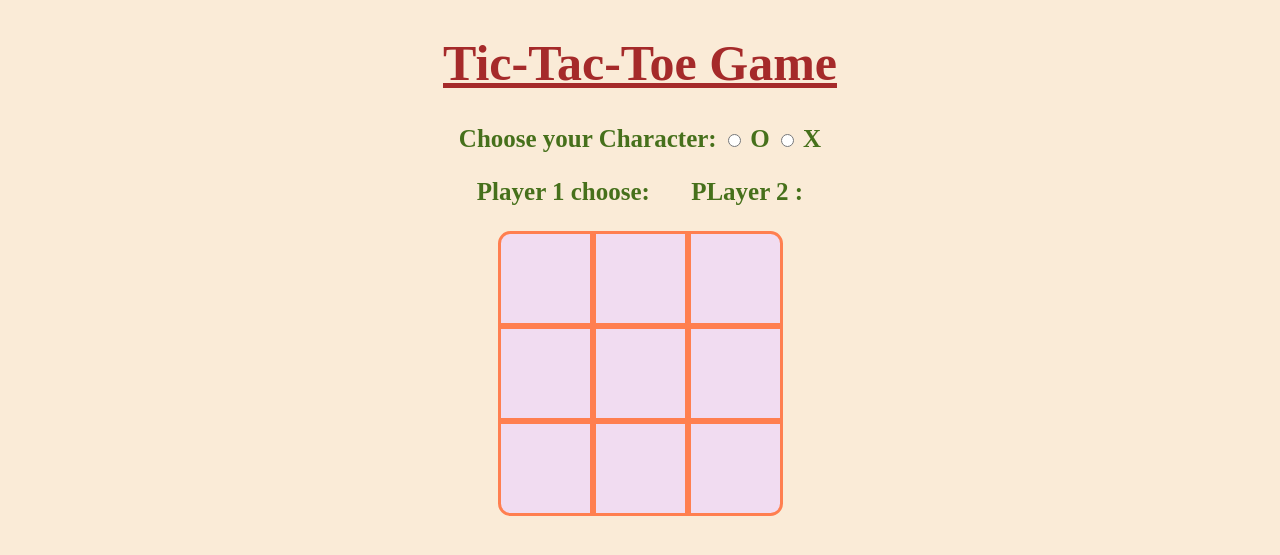
Repository: 0101chaitanya/Tic-Tac-Toe
Page: index.html
These files come from the project's save history. The page is drawn as it stood at one moment and after a run of saves; the edit follows.
The browser window is 1280 px wide. The pictures show the whole page.

Above is the page before, as saved 2021-06-12 12:56:54.

### index.html
<!DOCTYPE html>
<html>

<head>
    <meta charset="utf-8">
    <title>Tic-Tac-Toe Game</title>
    <meta name="viewport" content="width=device-width, initial-scale=1">

    <link rel="stylesheet" href="styles.css">
</head>

<body>
    <div id='block1'>
        <h1 id="heading">Tic-Tac-Toe Game</h1>
        <form>
            Choose your Character:
            <input value="O" name="radio" onclick="eventFun.setUser(this)" type="radio">
            <label for="O">O</label>
            <input value="X" name="radio" onclick="eventFun.setUser(this)" type="radio">
            <label for="X">X</label>

        </form>
        <div id="player">
            <span id='1'>Player 1 choose:</span>
            <span id='2'>PLayer 2 :</span>
        </div>
        <form id="gameSquare">
            <section id="row1">
                <div id="r1Column1"></div>
                <div id="rlColumn2"></div>
                <div id="rlColumn3"></div>
            </section>
            <section id="row2">
                <div id="r2Column1"></div>
                <div id="r2Column2"></div>
                <div id="r2Column3"></div>
            </section>
            <section id="row3">
                <div id="r3Column1"></div>
                <div id="r3Column2"></div>
                <div id="r3Column3"></div>
            </section>
        </form>
    </div>
    <div id="ResultBox">
        <span id="closebtn">&times;</span>
        <strong id="resultOut"></strong>
    </div>

</body>
<script type="text/javascript" src="script.js"></script>

</html>

### styles.css
:root {
    text-align: center;
    font-weight: bold;
}

* {
    box-sizing: border-box;
}

@media screen and (max-width: 400px) {
     :root {
        font-size: 14px;
    }
}

@media screen and (min-width: 401px) and (max-width: 700px) {
     :root {
        font-size: 18px;
    }
}

@media screen and (min-width: 701px) {
     :root {
        font-size: 25px;
    }
}

body {
    color: rgb(70, 112, 27);
    background: antiquewhite;
    font-weight: bold;
}

h1 {
    color: brown;
    text-decoration: underline;
    text-decoration-style: solid;
}

label>input {
    color: red;
    border: 1px solid;
}

#player {
    display: block;
    margin: 1rem auto 1rem auto;
}

#player>span {
    margin: auto 0.7rem auto 0.7rem;
}

#gameSquare {
    width: min-content;
    height: min-content;
    display: block;
    margin: auto;
}

#gameSquare>section:nth-child(n) {
    /* border-style: solid;
     */
    width: min-content;
    height: min-content;
    display: flex;
    justify-content: center;
    align-items: center;
}

#gameSquare>section:nth-child(n)>div:nth-child(n) {
    display: flex;
    margin: auto;
    width: 3.8rem;
    height: 3.8rem;
    border-style: solid;
    border-width: 0.15rem;
    justify-content: center;
    align-items: center;
    font-size: 1.8rem;
    color: coral;
    background-color: rgb(241, 220, 241);
}

#gameSquare>section:nth-child(1)>div:nth-child(1) {
    border-top-left-radius: 0.5rem;
}

#gameSquare>section:nth-child(1)>div:nth-child(3) {
    border-top-right-radius: 0.5rem;
}

#gameSquare>section:nth-child(3)>div:nth-child(1) {
    border-bottom-left-radius: 0.5rem;
}

#gameSquare>section:nth-child(3)>div:nth-child(3) {
    border-bottom-right-radius: 0.5rem;
}

#ResultBox {
    height: fit-content;
    width: 13rem;
    display: none;
    margin-left: auto;
    margin-right: auto;
    margin-top: 3rem;
    position: relative;
    top: -12rem;
    border-color: rgb(162, 162, 192);
    background-color: rgb(15, 44, 138);
    color: white;
    opacity: 1;
    transition: opacity 0.6s;
    margin-bottom: 15px;
    border-radius: 1rem;
    padding: 1rem;
    text-align: center;
}

#resultOut {
    color: #f0e0e4;
    font-weight: bold;
}

#closebtn {
    margin-left: 15px;
    color: white;
    font-weight: bold;
    float: right;
    font-size: 22px;
    line-height: 20px;
    cursor: pointer;
    transition: 0.3s;
}

#closebtn:hover {
    color: rgb(38, 170, 82);
}

### script.js
"use strict";

let eventFun = (function() {
    let user1Selection, user2Selection, runningCharacter;
    document.getElementById('1').textContent += ` `;
    document.getElementById('2').textContent += ` `;

    let runningNumber,
        result;
    let newArray;
    let count;

    let horizontalArray;
    let verticalArray;
    let diagonalArray;


    function setUser(given) {
        localStorage.setItem("user1Selection", given.value);
        init();

        document.querySelector(`form`).submit();
    }

    function init() {
        runningNumber = 0;
        user1Selection = localStorage.getItem("user1Selection");
        user2Selection =
            user1Selection != null ? (user1Selection === "X" ? "O" : "X") : null;
        runningCharacter = user1Selection;

        document.getElementById('1').textContent += ` ` + user1Selection || ' ';
        document.getElementById('2').textContent += ` ` + user2Selection || ' ';
        newArray = Array(array.length).fill();
        count = 0;

        horizontalArray = undefined;
        verticalArray = undefined;
        diagonalArray = undefined;

    }


    let array = Array.from(
        document.getElementById("gameSquare").querySelectorAll("div")
    );

    function switchRunChar() {
        runningCharacter = runningCharacter === "O" ? "X" : "O";
        runningNumber = runningNumber === 0 ? 1 : 0;
    }

    function text(i) {
        return array[i].textContent;
    }

    function arrayCreator(index, incrementer) {
        return [
            newArray[index],
            newArray[index + incrementer],
            newArray[index + 2 * incrementer],
        ];
    }

    function parser(arrayInput) {
        let arr = arrayInput.map((item, index) => {
            let res = item.reduce((stack, item) => {
                stack += item;
                return stack;
            });
            return res;
        });
        return arr;
    }

    function send(input) {
        let block1 = document.getElementById('block1');
        block1.style.filter = 'blur(0.5rem)';
        document.getElementById('ResultBox').style.display = 'block';
        document.getElementById('resultOut').textContent = input;
        let close = document.getElementById('closebtn');
        close.onclick = function() {
            localStorage.clear();
            //  init();
            document.getElementById('gameSquare').submit();
            let div = this.parentElement;
            div.style.opacity = '0';
            setTimeout(function() {
                div.style.display = "none";
                block1.style.filter = 'blur(0.0rem)';

            }, 600);
        };

    }

    function check(input) {
        input.forEach((item) => {
            if (item === 3) {
                result = item;
                send("Player 2 won");
            } else if (item === 0) {
                result = item;
                send("Player 1 won");
            }
        });
    }

    function checkWin() {
        horizontalArray = [
            arrayCreator(0, 1),
            arrayCreator(3, 1),
            arrayCreator(6, 1),
        ];
        verticalArray = [
            arrayCreator(0, 3),
            arrayCreator(1, 3),
            arrayCreator(2, 3),
        ];
        diagonalArray = [arrayCreator(0, 4), arrayCreator(2, 2)];

        let horizontalParsed = parser(horizontalArray);
        let verticalParsed = parser(verticalArray);

        let diagonalParsed = parser(diagonalArray);
        check(horizontalParsed);
        check(verticalParsed);
        check(diagonalParsed);

        if (count == 8) {
            console.table(horizontalArray, verticalArray, diagonalArray);
            console.table({
                horizontalParsed: horizontalParsed,
                verticalParsed: verticalParsed,
                diagonalParsed: diagonalParsed,
            });
            console.table(newArray);
            if (result == undefined) {
                send("draw");
            }
        }
    }

    let setOutput = function(e, index) {
        e.target.textContent = runningCharacter;
        e.target.removeEventListener("click", (e) => setOutput(e));
        newArray.splice(index, 1, runningNumber);
        switchRunChar();
        checkWin();

        count++;
    };
    array.forEach((item, index) => {
        item.textContent = "";
        item.addEventListener("click", (e) => setOutput(e, index), { once: true });
    });
    return { result, array, setOutput, setUser, count };
})();

After the next 2 saves:
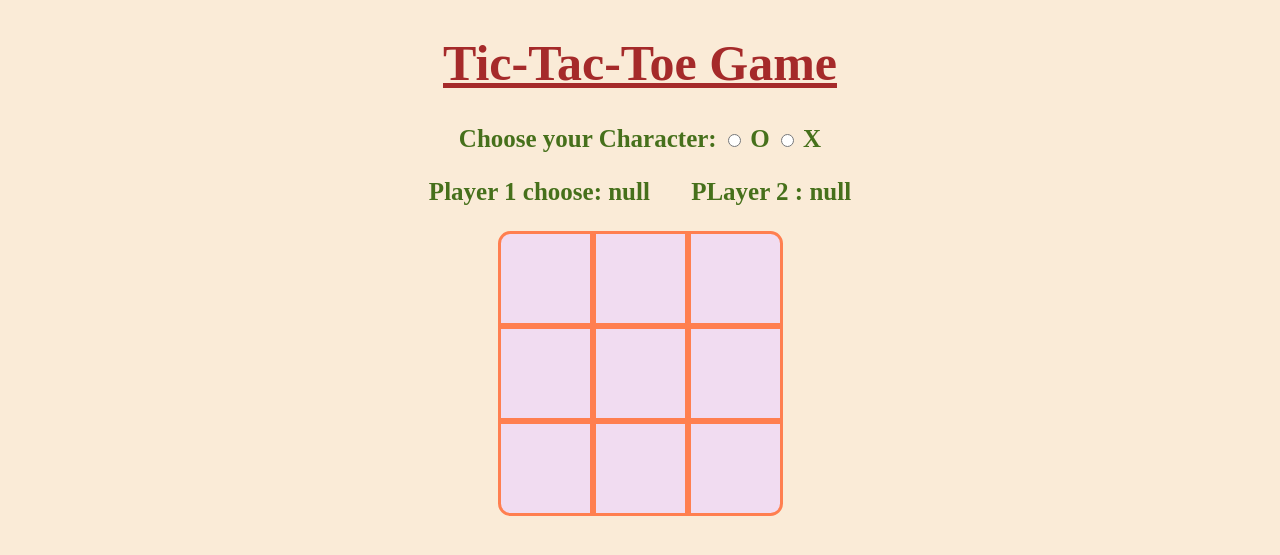
Console error: ReferenceError: Cannot access 'array' before initialization
The 2 saves are shown as one change because they came seconds apart.
The last was saved 96 s later.
--- a/script.js
+++ b/script.js
@@ -20,6 +20,9 @@
         init();
 
         document.querySelector(`form`).submit();
+    }
+    if (localStorage) {
+        init();
     }
 
     function init() {

After the 2 saves that followed:
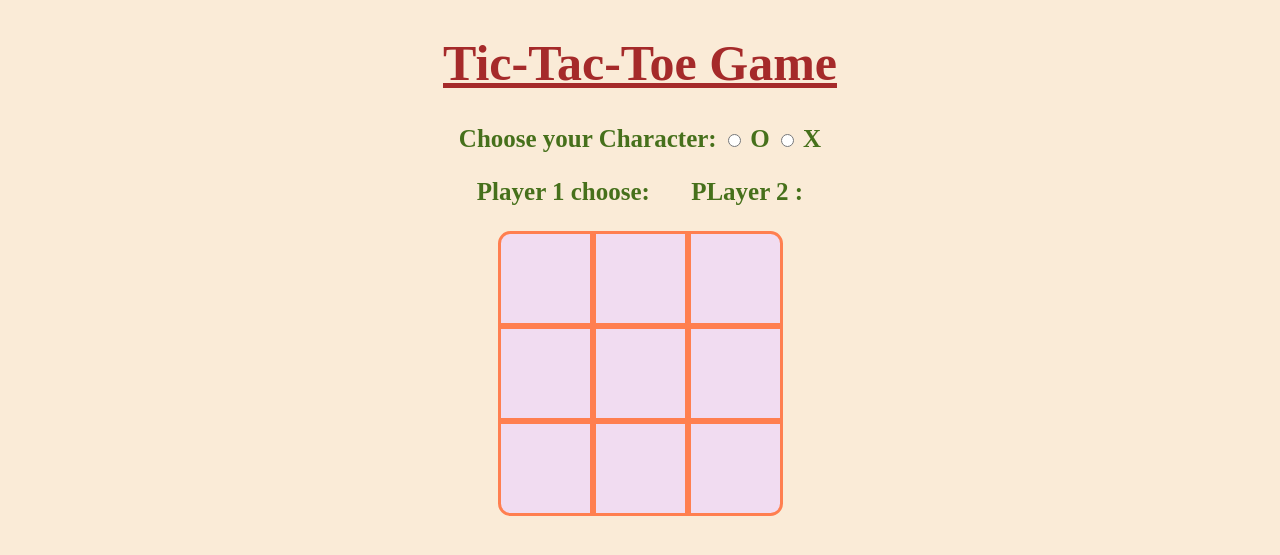
The error is gone.
The 2 saves are shown as one change because 1 left the picture as it was.
The last was saved 4 min 37 s later.
--- a/script.js
+++ b/script.js
@@ -17,11 +17,10 @@
 
     function setUser(given) {
         localStorage.setItem("user1Selection", given.value);
-        init();
 
         document.querySelector(`form`).submit();
     }
-    if (localStorage) {
+    if (localStorage.getItem("user1Selection") !== null) {
         init();
     }
 
